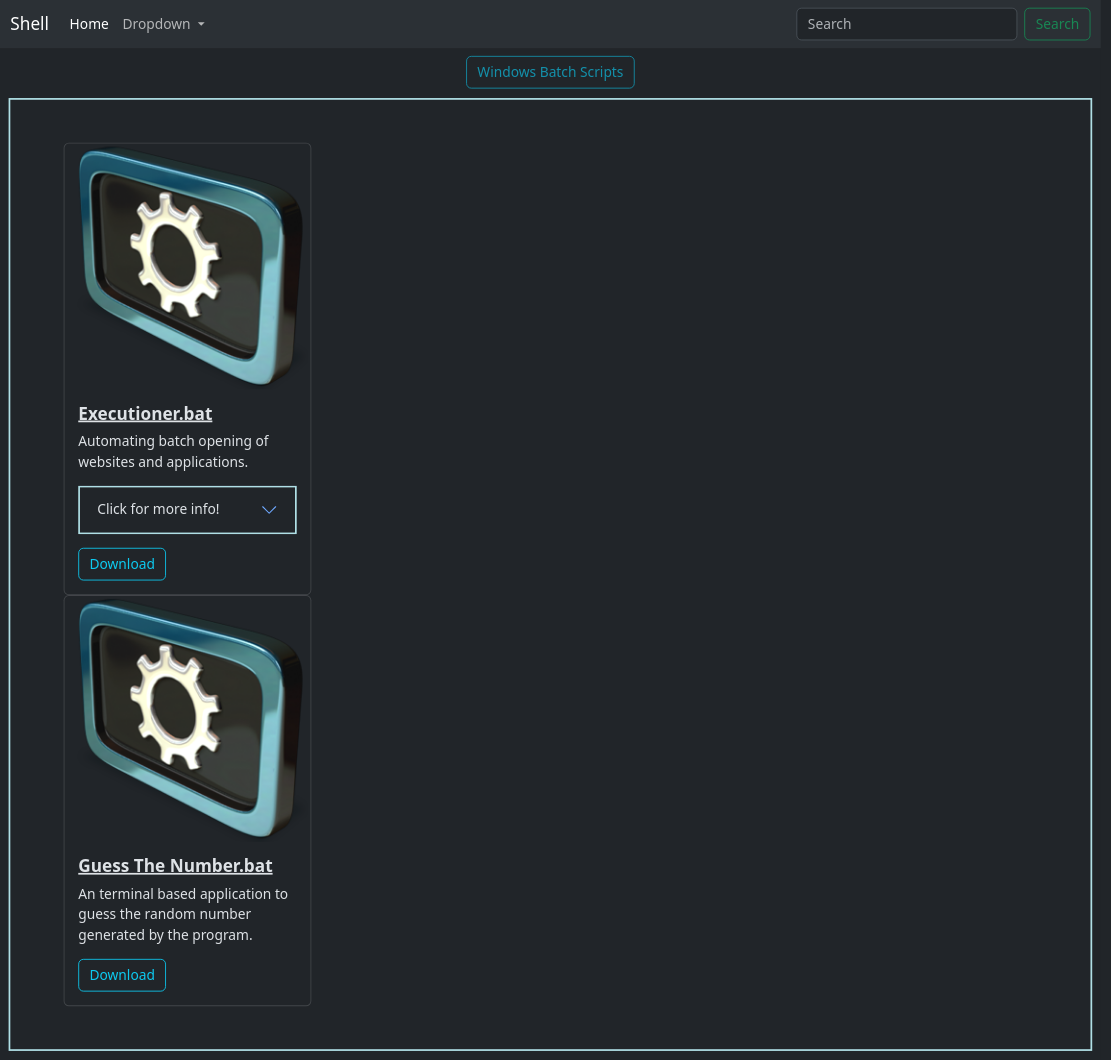
Repository: VictoriousMango/Archive
Page: index.html
An editor plug-in stored every save of this project. The page is shown before and after a run of saves, followed by the edit.
The browser window is 1280 px wide. The page is 1280 px wide, then 1292 px, then 1280 px, so the pictures cover 1292 px, including what lies to the right of the window. The pictures show the whole page, at 86% of full size.

Above is the page before, as saved 2024-10-05 19:52:26.

After the next 2 saves:
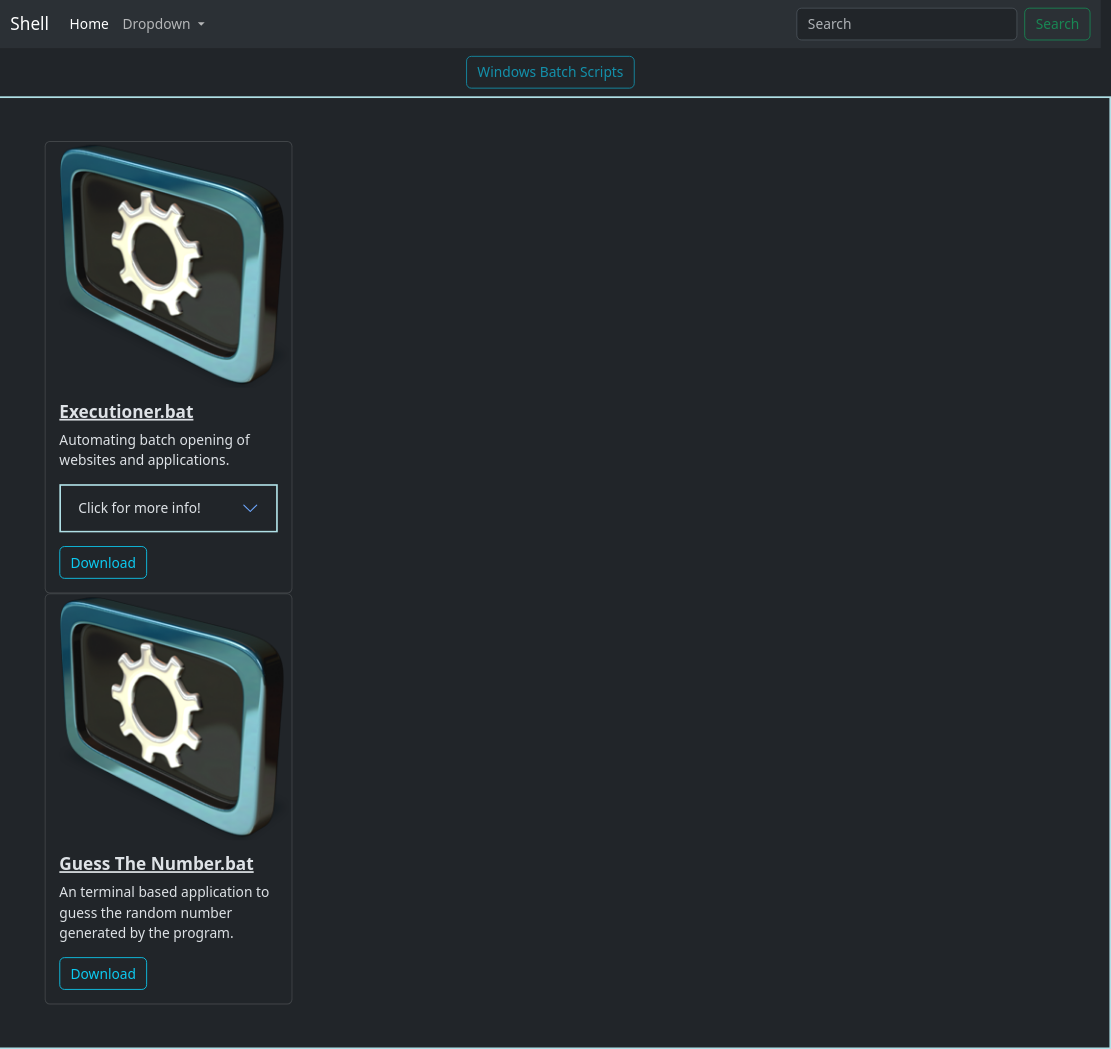
The 2 saves are shown as one change because they came seconds apart.
The last was saved 103 s later.
--- a/index.html
+++ b/index.html
@@ -38,7 +38,7 @@
 
         <!-- Windows Batch File -->
         <h1 style="text-align : center;" id="Batch"><button type="button" class="btn btn-outline-info" disabled>Windows Batch Scripts</button></h1>
-        <div class="row" style="border: 2px solid powderblue; margin: 10px; padding: 50px;">
+        <div class="row" style="border: 2px solid powderblue; padding: 50px;">
             <!-- First Card -->
             <div class="col">
                 <div class="card" style="width: 18rem;">

After the save that followed:
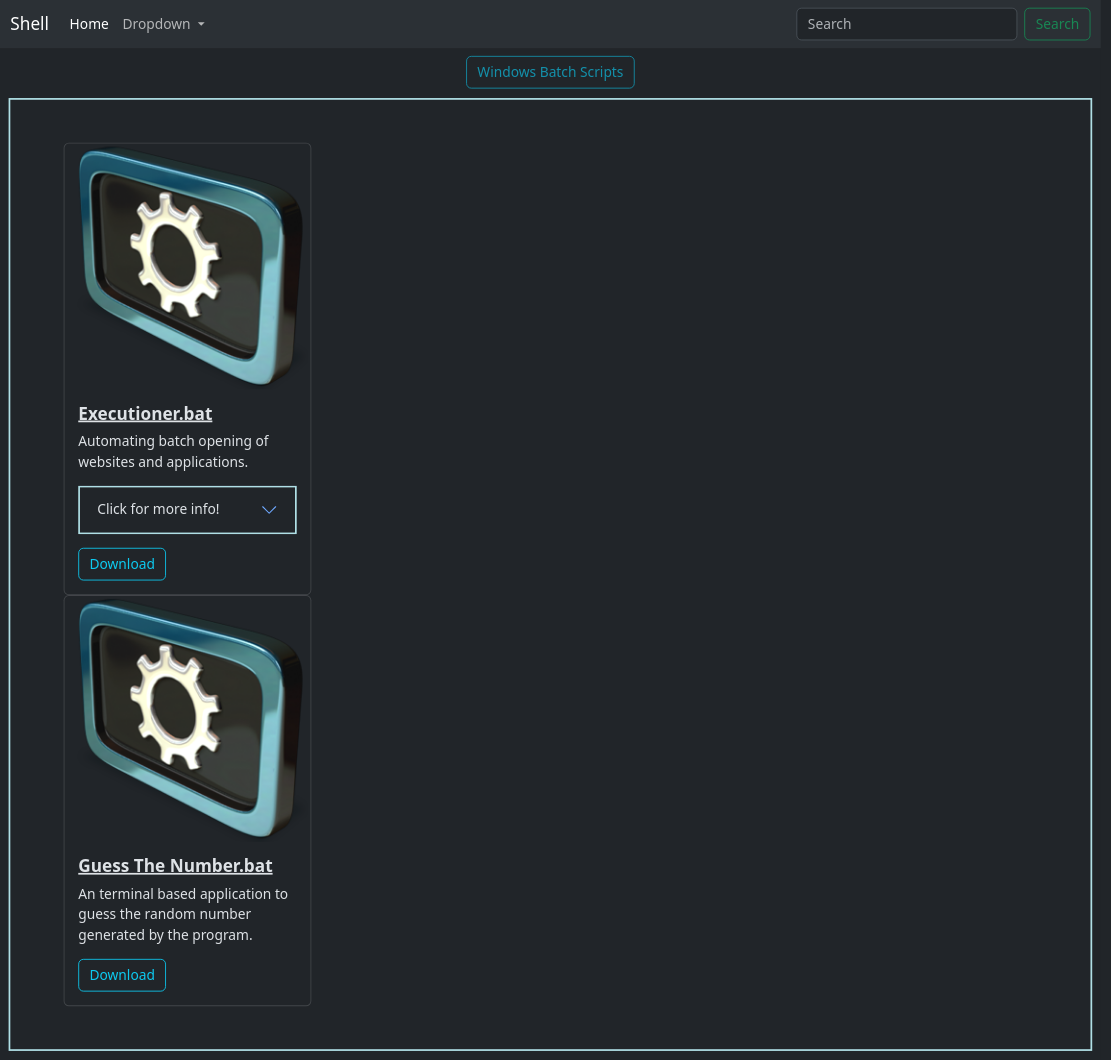
Saved 6 s later.
--- a/index.html
+++ b/index.html
@@ -38,7 +38,7 @@
 
         <!-- Windows Batch File -->
         <h1 style="text-align : center;" id="Batch"><button type="button" class="btn btn-outline-info" disabled>Windows Batch Scripts</button></h1>
-        <div class="row" style="border: 2px solid powderblue; padding: 50px;">
+        <div class="row" style="border: 2px solid powderblue; margin: 10px; padding: 50px;">
             <!-- First Card -->
             <div class="col">
                 <div class="card" style="width: 18rem;">
